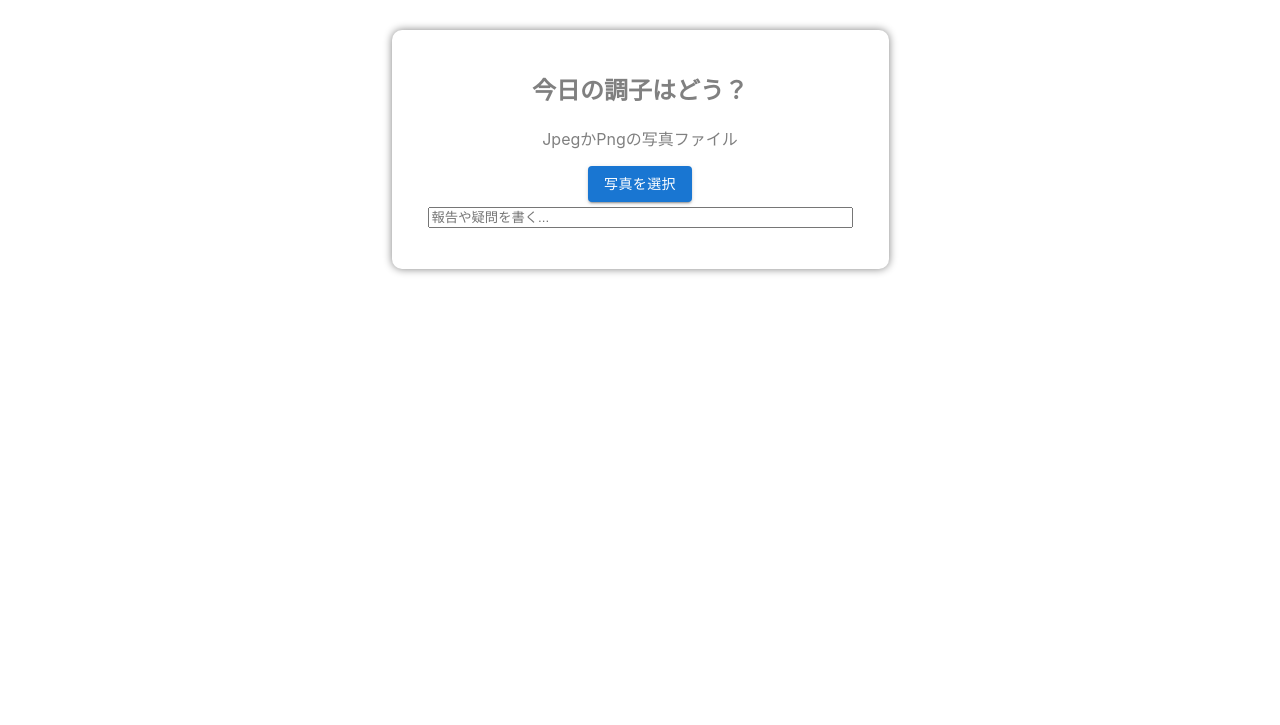
Repository: Seiya00002/seeds_surfers_react_sns
Page: /
An editor plug-in stored every save of this project. The page is shown before and after the next save, followed by the edit.
The browser window is 1280 px wide. The pictures show the whole page.
The page's requests for data from a server got no answer. The project was rebuilt for these pictures with package versions that can differ from the ones it lists, and the page was loaded fresh each time. No one was signed in, and anything a server would have sent is missing. Also part of the build but not shown: src/Post.css, src/Post.tsx.

Above is the page before, as saved 2023-08-03 07:48:01.

### src/App.tsx
import React from 'react';
import './App.css';
import { db, storage } from './firebase';
import { useEffect, useState, useRef } from "react";
import { collection, query, orderBy, getDocs, QuerySnapshot } from "firebase/firestore";
import { doc, onSnapshot } from 'firebase/firestore';
import Post from './Post';
import PostUploader from './PostUploader';

function App() {
  const [posts, setPosts] = useState<any>([]);
  // const containerRef = useRef<HTMLDivElement>(null);

  useEffect(() => {
    const q = query(collection(db, 'posts'), orderBy('timestamp', 'desc'));

    const unsubscribe = onSnapshot(q, (querySnapshot) => {
      const postsData = querySnapshot.docs.map((doc) => doc.data());
      setPosts(postsData);
    });

    return () => {
      // コンポーネントがアンマウントされる際にunsubscribeを行う
      unsubscribe();
    };
  }, []);

  // useEffect(() => {
  //   const container = containerRef.current;
  //   if(container){
  //   const scrollHeight = container.scrollHeight;
  //   const scrollTop = container.scrollTop;
  //   const offsetHeight = container.offsetHeight;

  //   container.scrollTop = scrollHeight - (scrollTop + offsetHeight);
  //   }
  // }, [posts]);

  return(
    <div className="App">
      <PostUploader />
      {posts.map((post:any) => (
        <Post key={post.timestamp} post={post} />
      ))}
    </div>
  );
}

export default App;

// 8/2 表示が不具合　・画面が上に推移し消えてしまう

### src/App.css
.App {
  text-align: center;
  display: flex;
  justify-content: center;
  align-items: center;
  width: 100%;
  /* height: 100vh; */
  flex-flow: column;
}

### src/firebase.tsx
import { initializeApp } from "firebase/app";
import { getFirestore } from "firebase/firestore";
import { getStorage } from "firebase/storage";


const firebaseConfig = {
  apiKey: "AIzaSyDRiOj3JAcuLe6c_Ms2hhsjBCCb8lLwSGU",
  authDomain: "seeds-surfers-react-sns.firebaseapp.com",
  projectId: "seeds-surfers-react-sns",
  storageBucket: "seeds-surfers-react-sns.appspot.com",
  messagingSenderId: "1087322797942",
  appId: "1:1087322797942:web:be61f4173bd538ec6e2c57"
};

const app = initializeApp(firebaseConfig);

export const storage = getStorage(app);

export const db = getFirestore(app);

// export default db;
// export default storage;

### src/PostUploader.tsx
import React, { useState}  from "react";
import ImageLogo from "./image.svg";
import "./PostUploader.css";
import { Button } from '@mui/material';
import { db, storage } from "./firebase";
import { ref, uploadBytesResumable, getDownloadURL } from "firebase/storage";
import firebase from "firebase/app";
import "firebase/firestore";
import { addDoc, collection, serverTimestamp } from "firebase/firestore";
import Post from "./Post";


function PostUploader() {
  const [loading, setLoading] = useState<boolean>(false);
  const [isUpLoaded, setUploaded] = useState<boolean>(false);
  const [text, setText] = useState<string>("");
  const [fileUrl, setFileUrl] = useState<any>("");

  const OnFileUploadToFirebase = (e:any) => {
        const file = e.target.files[0];
        const storageRef = ref(storage, 'image/' + file.name);
        const uploadImage = uploadBytesResumable(storageRef, file);

        setLoading(true);

        uploadImage.then((snapshot) => {
          setLoading(false);
          setUploaded(true);
          return getDownloadURL(snapshot.ref);
        })
        .then((url) => {
          setFileUrl(url);
        })
        .catch((error: any) => {
          setLoading(false);
          console.error("画像のアップロードに失敗しました。:", error);
        });
  };

  const onTextUploadToFirebase = () => {
    addDoc(collection(db, "posts"), {
      text:text,
      imageUrl:fileUrl,
      timestamp: serverTimestamp(),
    })
    .then(()=>{
      console.log("投稿が完了しました！");
      setText("");
      setFileUrl("");
      setUploaded(false);
    })
    .catch((error: any) => {
      console.error("エラーが発生しました。:",error);
    });
  };

  return (
    <>
      {loading ?(
        <h2>画像アップロード中・・・</h2>
      ) : (
        <>
          {isUpLoaded ? (
            <>
              <div className="outerBox">
                <h2>画像アップロード完了しました！</h2>

                <form id="post">
                  <label>
                    <input
                      type="text"
                      placeholder="報告や疑問を書く..."
                      size={50}
                      maxLength={500}
                      value={text}
                      onChange={e => setText(e.target.value)}
                    />
                  </label>
                  </form>
                  <input
                    type="button"
                    form="post"
                    value="Post"
                    onClick={onTextUploadToFirebase}
                  />
              </div>
            </>
            ) : (
              <div className="outerBox">
                <div className="title">
                  <h2>今日の調子はどう？</h2>
                  <p>JpegかPngの写真ファイル</p>
                </div>
                {/* <div className="imageUplodeBox">
                  <div className="imageLogoAndText">
                    <img src={ImageLogo} alt="imagelogo" />
                    <p>ここにドラッグ＆ドロップしてね</p>
                  </div>
                  <input
                  className="imageUploadInput"
                  multiple name="imageURL"
                  type="file"
                  accept=".png, .jpeg, .jpg"
                  onChange={OnFileUploadToFirebase}
                  />
                </div> */}
                {/* <p>または</p> */}
                <Button variant="contained">
                  写真を選択
                  <input
                  className="imageUploadInput"
                  type="file"
                  accept=".png, .jpeg, .jpg"
                  onChange={OnFileUploadToFirebase}
                  />
                </Button>
                <form id="post">
                  <label>
                    <input
                      type="text"
                      placeholder="報告や疑問を書く..."
                      className="textPost"
                      size={50}
                      maxLength={500}
                      value={text}
                      onChange={e => setText(e.target.value)}
                    />
                  </label>
                  </form>
                  <input
                    type="button"
                    className="textUploadInput"
                    form="post"
                    value="Post"
                    onClick={onTextUploadToFirebase}
                  />
              </div>
            )
          }
        </>
      )}
    </>
  );
};

export default PostUploader;

### src/PostUploader.css
.outerBox {
    margin: 30px 0;
    display: flex;
    flex-direction: column;
    align-items: center;
    justify-content: center;
    text-align: center;
    border: none;
    padding: 36px;
    border-radius: 10px;
    box-shadow: 0px 0px 8px gray;
    color: gray;
  }

  .outerBox h2 {
    font-weight: 600;
    margin-top: 5px;
  }

  .imageUplodeBox {
    border: 2px dashed #2d6395;
    padding: 35px 60px;
    position: relative;
  }

  .imageLogoAndText p {
    margin-bottom: 0px;
  }

  .imageUploadInput {
    opacity: 0;
    position: absolute;
    top: 0;
    left: 0;
    width: 100%;
    height: 100%;
    cursor: pointer;
  }

  .textPost {
    margin: 5px 0;
  }

  .textUploadInput {
    margin: 5px 0;
    opacity: 0;
    position: absolute;
    top: 0;
    left: 0;
    width: 100%;
    height: 100%;
    cursor: pointer;
  }

Loaded but not shown: public/index.html (common file); src/index.tsx (common file); src/index.css (common file); src/reportWebVitals.ts (common file)

After the next save:
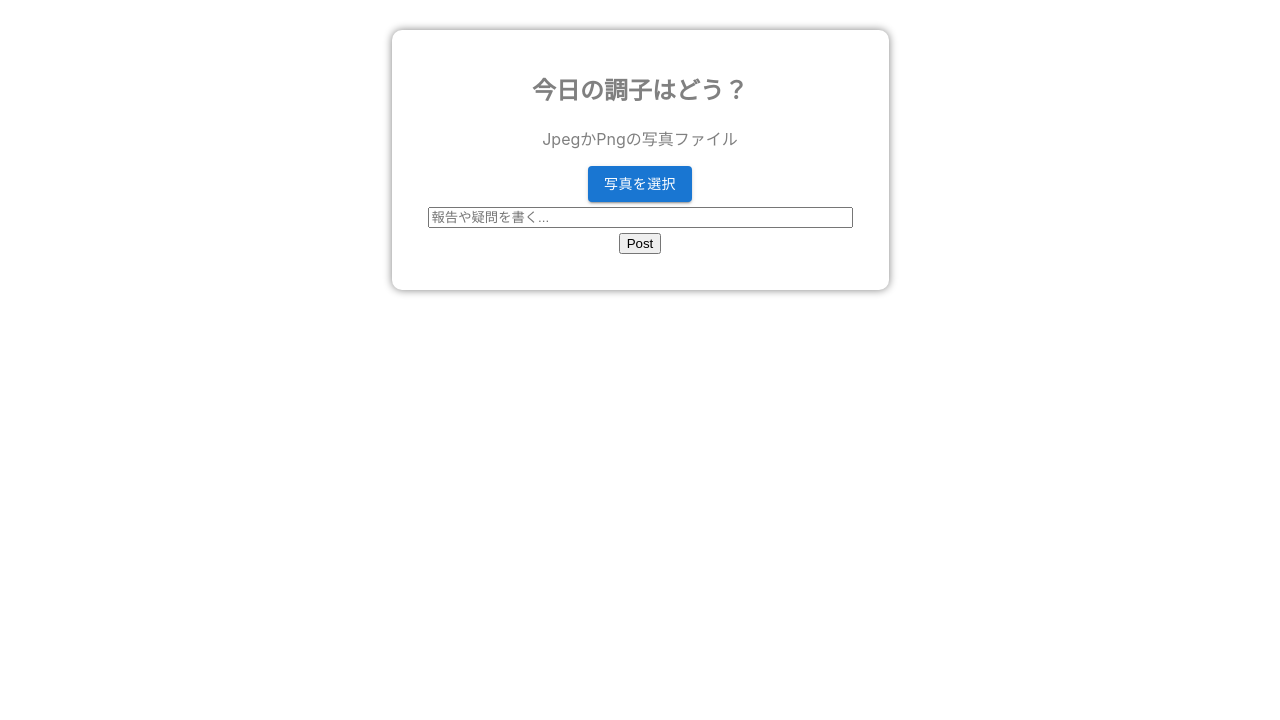
Saved 8 s later.
--- a/src/PostUploader.css
+++ b/src/PostUploader.css
@@ -42,12 +42,5 @@
   }
 
   .textUploadInput {
-    margin: 5px 0;
-    opacity: 0;
-    position: absolute;
-    top: 0;
-    left: 0;
-    width: 100%;
-    height: 100%;
-    cursor: pointer;
+
   }
